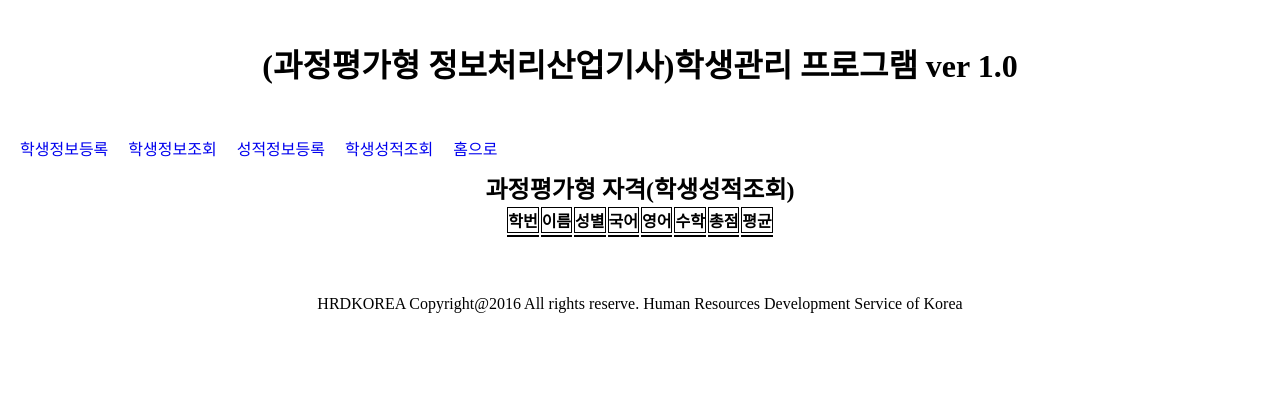
Repository: SeolhwaPark/JSL40_HRDKOREA
Page: http://localhost/HRD_0428_02/view.jsp
These files come from the project's save history. The page is drawn as it stood at one moment and after the next save; the edit follows.
The browser window is 1280 px wide. The pictures show the whole page.
The page is served by Tomcat 9. Queries for data that is not in the repository find no rows.

Above is the page before, as saved 2020-04-29 00:17:58.

After the next save:
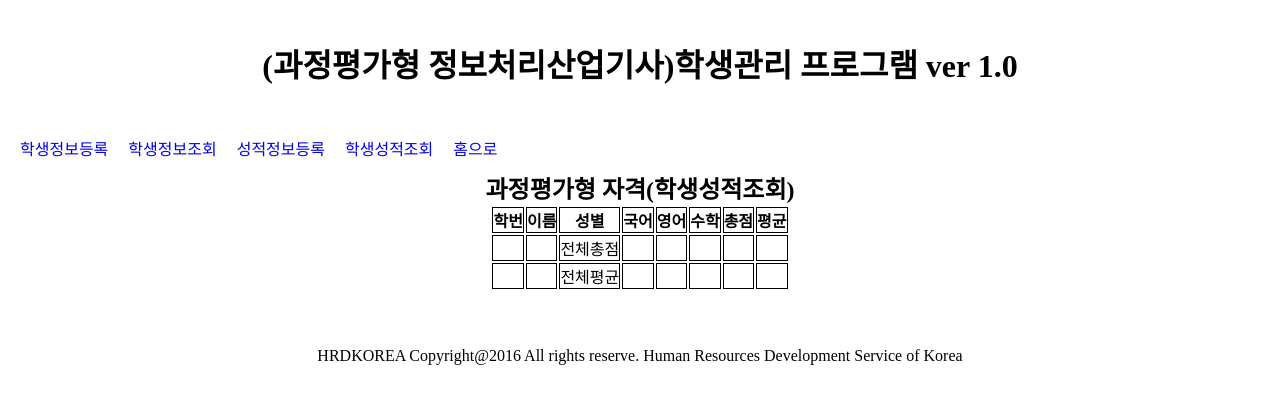
Saved 3 min 12 s later.
--- a/HRD_0428_02/WebContent/view.jsp
+++ b/HRD_0428_02/WebContent/view.jsp
@@ -69,7 +69,17 @@ a{padding:20px 0;text-decoration:none; }
 					<tr>
 						<td></td>
 						<td></td>
+						<td>전체총점</td>
 						<td></td>
+						<td></td>
+						<td></td>
+						<td></td>
+						<td></td>
+					</tr>
+					<tr>
+						<td></td>
+						<td></td>
+						<td>전체평균</td>
 						<td></td>
 						<td></td>
 						<td></td>
